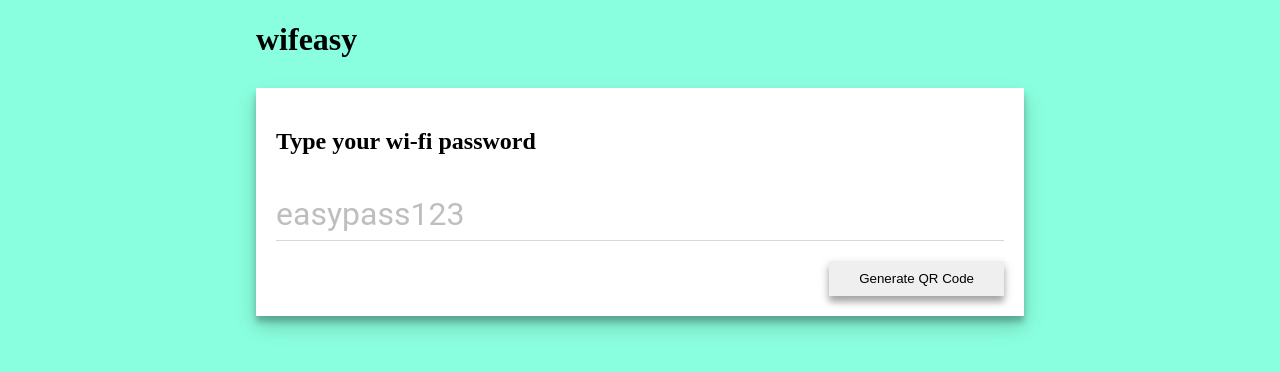
Repository: akagabi/wifeasy
Page: index.html
The author's editor kept a copy of each file at every save. The page is drawn from the files as they stood at one save, then again after the next save.
The browser window is 1280 px wide. The pictures show the whole page.

Above is the page before, as saved 2018-12-25 12:56:47.

### index.html
<!DOCTYPE html>
<html lang="en">
<head>
    <meta charset="UTF-8">
    <meta name="viewport" content="width=device-width, initial-scale=1.0">
    <meta http-equiv="X-UA-Compatible" content="ie=edge">
    <title>Wifeasy</title>
    <link rel="stylesheet" href="style.css">
    <script src="index.js"></script>
</head>
<body>
    <div class="wrapper">
        <header class="header">
            <h1 class="header__title">
                wifeasy
            </h1>
        </header>
        <section class="steps">
            <article class="steps__container">
                <form class="form">
                    <h2 class="steps__title">
                        Type your wi-fi password
                    </h2>
                    <label class="input__wrapper">
                        <div class="input__container">
                            <input type="text" class="input" placeholder="easypass123">
                            <div class="input__line"></div>
                            <span class="input__placeholder">
                                easypass123
                            </span>
                        </div>
                    </label>
                    <div class="buttons">
                        <button class="button" type="button">
                            Generate QR Code
                        </button>
                    </div>
                </form>
            </article>
            <article class="steps__container hidden">

            </article>
        </section>
    </div>
</body>
</html>

### style.css
body {
    background-color: rgb(138, 255, 223);
}

.wrapper {
    margin: 0 auto;
    max-width: 768px;
}

.header__title {
    margin-bottom: 30px;
}

.input__wrapper {
    display: block;
    margin-bottom: 20px;
}

  .input {
    font-family: "Roboto";
    background-color: transparent;
    border: 0;
    color: #333333;
    font-size: 32px;
    line-height: 1.13;
    margin-top: 23px;
    outline: none;
    margin-bottom: 5px;
    position: relative;
    transition: border 0.125s ease-in-out;
    width: 100%;
  }
  .input::placeholder {
    color: transparent;
  }

  .input:placeholder-shown + .input__line::after {
    width: 0;
  }

  .input:placeholder-shown ~ .input__placeholder {
    font-size: 32px;
    opacity: 0.25;
    transform: translateY(0);
  }

  .input__container {
    position: relative;
  }

  .input__line {
    background-color: rgba(102, 102, 102, 0.25);
    bottom: 0;
    height: 1px;
    left: 0;
    position: absolute;
    right: 0;
  }

  .input__line::after {
    background-color: #00a2b5;
    content: "";
    position: absolute;
    left: 0;
    height: 2px;
    bottom: 0;
    width: 100%;
    transition: width 0.325s ease-in-out;
  }

  .input__wrapper {
    display: block;
  }

  .input__placeholder {
    font-family: "Roboto";
    bottom: 8px;
    left: 0;
    position: absolute;
    opacity: 0;
    pointer-events: none;
    transition: all 0.125s ease-in-out;
  }

  .steps {
    background-color: #fff;
    box-shadow: 0 10px 20px rgba(0,0,0,0.19), 0 6px 6px rgba(0,0,0,0.23);
    padding: 20px;
  }

  .buttons {
    display: flex;
    justify-content: flex-end;
  }

  .button {
    box-shadow: 0 4px 10px rgba(0,0,0,0.19), 0 6px 6px rgba(0,0,0,0.23);
    border: 0;
    padding: 10px 30px;
  }

Loaded but not shown: index.js (no copy from this time; the picture is the same without it)

After the next save:
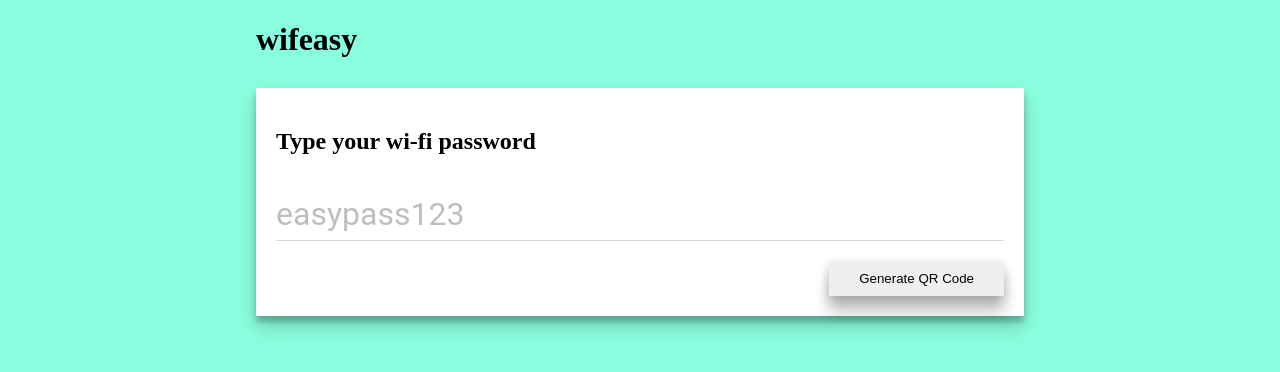
Saved 6 s later.
--- a/style.css
+++ b/style.css
@@ -94,7 +94,7 @@
   }
 
   .button {
-    box-shadow: 0 4px 10px rgba(0,0,0,0.19), 0 6px 6px rgba(0,0,0,0.23);
+    box-shadow: 0 4px 10px rgba(0,0,0,0.19), 0 16px 16px rgba(0,0,0,0.23);
     border: 0;
     padding: 10px 30px;
   }
